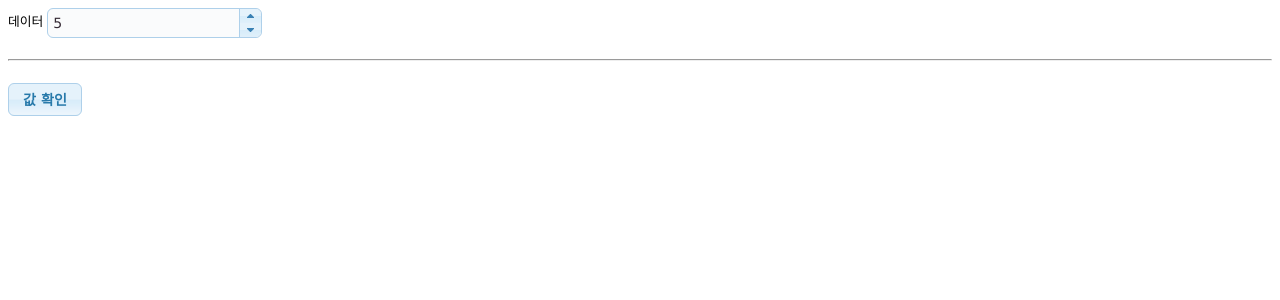
Repository: popconnect/jQuery
Page: http://localhost/jQueryUiEx02/SpinnerEx01.jsp
An editor plug-in stored every save of this project. The page is shown before and after the next save, followed by the edit.
The browser window is 1280 px wide. The pictures show the whole page.
The page is served by Tomcat 9.

Above is the page before, as saved 2023-05-17 03:22:25.

### jQueryUiEx02/src/main/webapp/SpinnerEx01.jsp
<%@ page language="java" contentType="text/html; charset=UTF-8"
	pageEncoding="UTF-8"%>
<!DOCTYPE html>
<html>
<head>
<meta charset="UTF-8">
<title>Insert title here</title>
<link rel="stylesheet" href="./css/cupertino/jquery-ui.css" />
<style type="text/css">
body {
	font-size: 80%;
}
</style>
<script type="text/javascript" src="./js/jquery-3.7.0.js"></script>
<script type="text/javascript" src="./js/jquery-ui.js"></script>
<script type="text/javascript">
	//버튼 이벤트
	$(document).ready(function() {
		$('#spinner').spinner({
			min: 5,
			max: 250,
			step: 5,
			spin: function() {
				console.log( $(this).spinner('value'));
			}
		});

		$('#btn').button().on('click', function() {
			console.log( $('#spinner').spinner('value'));
		})
	});
</script>
</head>
<body>
	<div>
		<label for="spinner">데이터</label>
		<input type="text" id="spinner" value="5" readonly="readonly"/>
	</div>
	<br><hr><br>
	<button id="btn">값 확인</button>

</body>
</html>

Loaded but not shown: jQueryUiEx02/src/main/webapp/css/cupertino/jquery-ui.css (library); jQueryUiEx02/src/main/webapp/js/jquery-3.7.0.js (library); jQueryUiEx02/src/main/webapp/js/jquery-ui.js (library)

After the next save:
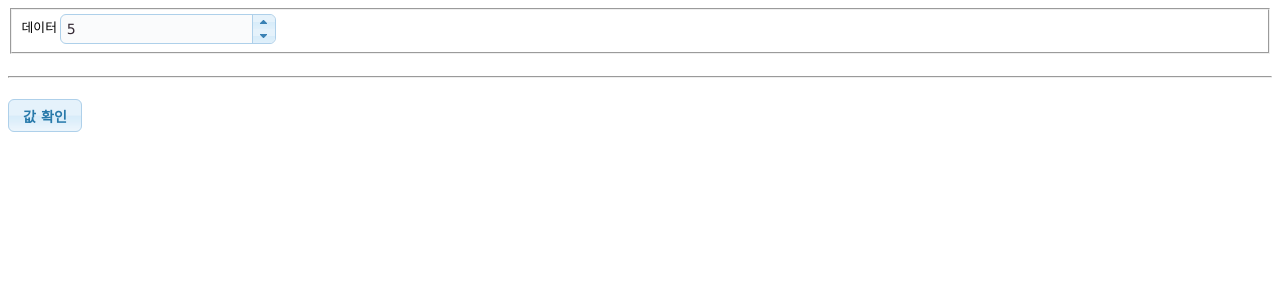
Saved 3 min 2 s later.
--- a/jQueryUiEx02/src/main/webapp/SpinnerEx01.jsp
+++ b/jQueryUiEx02/src/main/webapp/SpinnerEx01.jsp
@@ -32,10 +32,10 @@ body {
 </script>
 </head>
 <body>
-	<div>
+	<fieldset>
 		<label for="spinner">데이터</label>
 		<input type="text" id="spinner" value="5" readonly="readonly"/>
-	</div>
+	</fieldset>
 	<br><hr><br>
 	<button id="btn">값 확인</button>
 
